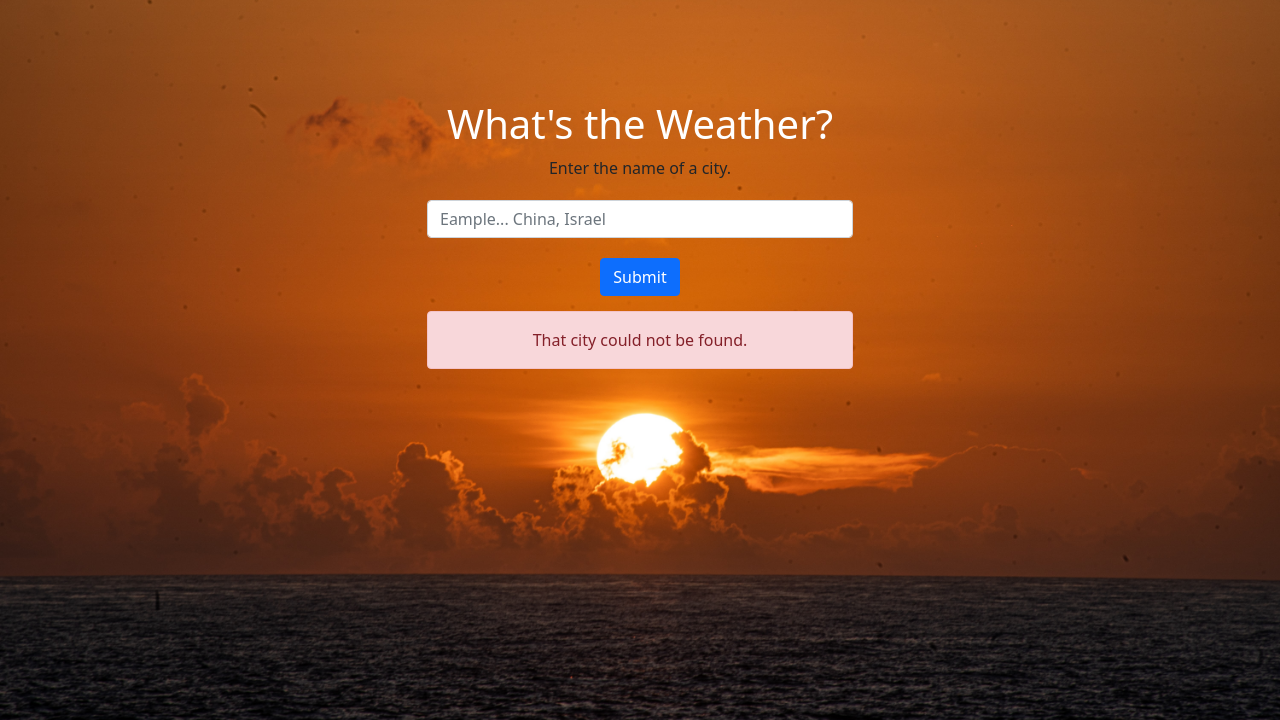
Repository: Ashwin1510/php_projectgh
Page: http://localhost/weather_scrapper.php
The author's editor kept a copy of each file at every save. The page is drawn from the files as they stood at one save, then again after a run of saves.
The browser window is 1280 px wide. The pictures show the whole page.
The page is run by PHP 8.4 with error messages shown; the project is at /var/www/html/.

Above is the page before, as saved 2022-12-16 12:55:31.

### weather_scrapper.php
<?php
    $weather = "";
    $error = "";

    if(array_key_exists('city', $_GET)) {
        $city = str_replace(' ', '', $_GET['city']);
        $file_headers = @get_headers("https://www.weather-forecast.com/locations/" .
                        $city . "/forecasts/latest");

        if($file_headers[0] == "HTTP/1.1 404 Not Found") {
            $error = "That city could not be found.";
        }
        else {
            $forecastPage = file_get_contents("https://www.weather-forecast.com/locations/" .
                $city . "/forecasts/latest");

            $pageArray =
               explode('Weather Today</h2> (1&ndash;3 days)</div><p class="b-forecast__table-description-content"><span class="phrase">',
               $forecastPage);

            if(sizeof($pageArray) > 1) {
                $secondPageArray = explode('</span></p></td>', $pageArray[1]);

                if(sizeof($secondPageArray) > 1) {
                    $weather = $secondPageArray[0];
                }
                else {
                    $error = "The city could not be found.";
                }
            }
            else {
                $error = "That city could not be found.";
            }
        }//end file headers are NOT empty! :)
    }
    else {
        $error = "That city could not be found.";
    }//end of array key exists test
?>


<!DOCTYPE html>
<html lang="en">
<head>
    <meta charset="UTF-8">
    <meta http-equiv="X-UA-Compatible" content="IE=edge">
    <meta name="viewport" content="width=device-width, initial-scale=1.0">
    <title>Weather Scraper</title>

        <link href="https://cdn.jsdelivr.net/npm/bootstrap@5.1.3/dist/css/bootstrap.min.css"
              rel="stylesheet"
              integrity="sha384-1BmE4kWBq78iYhFldvKuhfTAU6auU8tT94WrHftjDbrCEXSU1oBoqyl2QvZ6jIW3"
              crossorigin="anonymous">

               <!-- CSS -->
        <style type="text/css">
            html {
                background: url('bk.jpg') no-repeat center center fixed;
                background-size: cover;
            }

            body {
                background: none;
            }

            .container {
                text-align: center;
                margin-top: 100px;
                width: 450px;
            }

            input {
                margin: 20px 0;
            }

            #weather {
                margin-top: 15px;
            }
            #h{
               color: white;
            }


        </style>
</head>
<body>
<div class="container">

<h1 id="h"> What's the Weather?</h1>
<form>
<fieldset class="form-group">
                    <label for="city">Enter the name of a city.</label>
                    <input type="text"
                           class="form-control"
                           name="city"
                           id="city"
                           placeholder="Eample... China, Israel"
                            value =
                            "<?php
                                if(array_key_exists('city', $_GET)) {
                                    echo $_GET['city'];
                                }
                            ?>">
                </fieldset>
                <button type="submit"  class="btn btn-primary">Submit</button>
</form>


<div id="weather">
<?php
    if($weather)
    {
        echo '<div class="alert alert-success" role="alert">' . $weather . '</div>';
        }
        else if($error)
        {
        echo '<div class="alert alert-danger" role="alert">' . $error . '</div>';
    }
?>


</div>

</div><!-- end of class='container' div -->



<script src="https://code.jquery.com/jquery-3.6.0.min.js"></script>
        <script src="https://cdn.jsdelivr.net/npm/bootstrap@5.1.3/dist/js/bootstrap.bundle.min.js"
                integrity="sha384-ka7Sk0Gln4gmtz2MlQnikT1wXgYsOg+OMhuP+IlRH9sENBO0LRn5q+8nbTov4+1p"
                crossorigin="anonymous"></script>

</body>
</html>

After the next 3 saves:
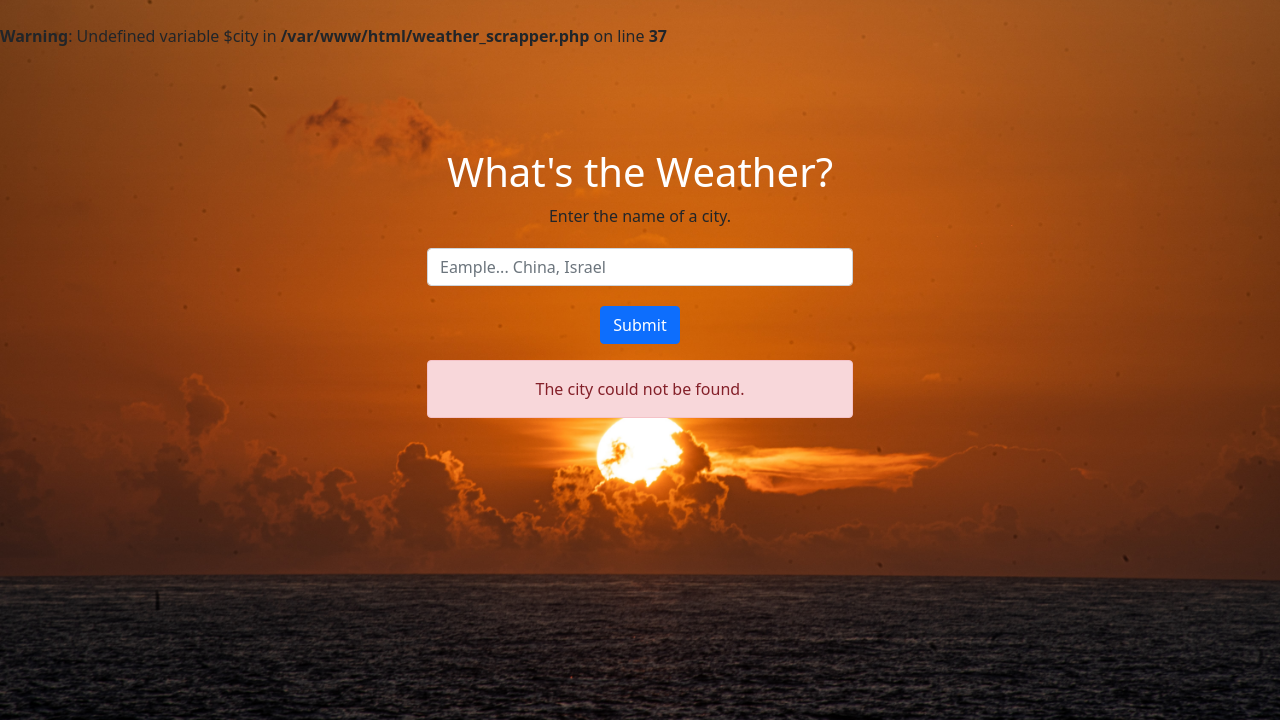
The 3 saves are shown as one change because they came seconds apart.
The last was saved 11 s later.
--- a/weather_scrapper.php
+++ b/weather_scrapper.php
@@ -34,7 +34,7 @@
         }//end file headers are NOT empty! :)
     }
     else {
-        $error = "That city could not be found.";
+        $error = "The $city city could not be found.";
     }//end of array key exists test
 ?>
 
